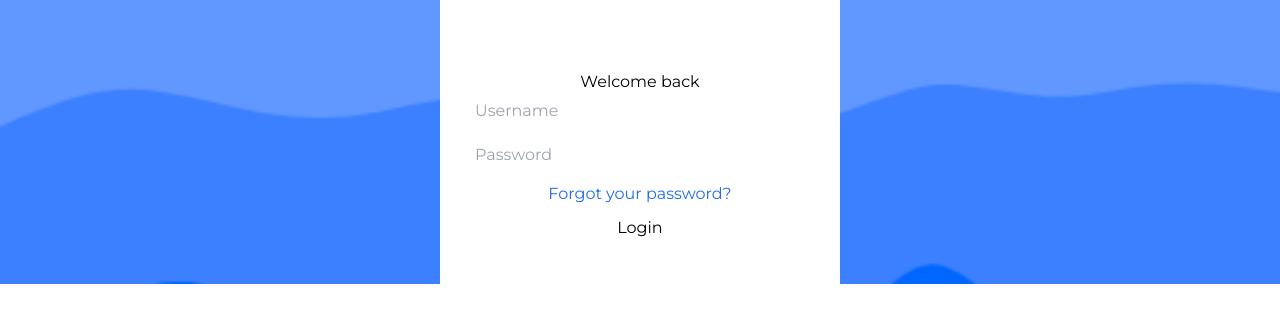
Repository: SatohJiro/CourseSale
Page: /
The author's editor kept a copy of each file at every save. The page is drawn from the files as they stood at one save, then again after the next save.
The browser window is 1280 px wide. The pictures show the whole page.
The project was rebuilt for these pictures with package versions that can differ from the ones it lists, and the page was loaded fresh each time. Also part of the build but not shown: src/pages/Home/index.js, src/pages/Courses/index.js, src/layout/DefaultLayout/DefaultLayout.module.scss, src/layout/components/Header/Header.module.scss, src/layout/components/Header/index.js, src/layout/components/Sidebar/Sidebar.module.scss, src/layout/components/Sidebar/index.js, src/layout/DefaultLayout/index.js.

Above is the page before, as saved 2022-12-05 10:57:15.

After the next save:
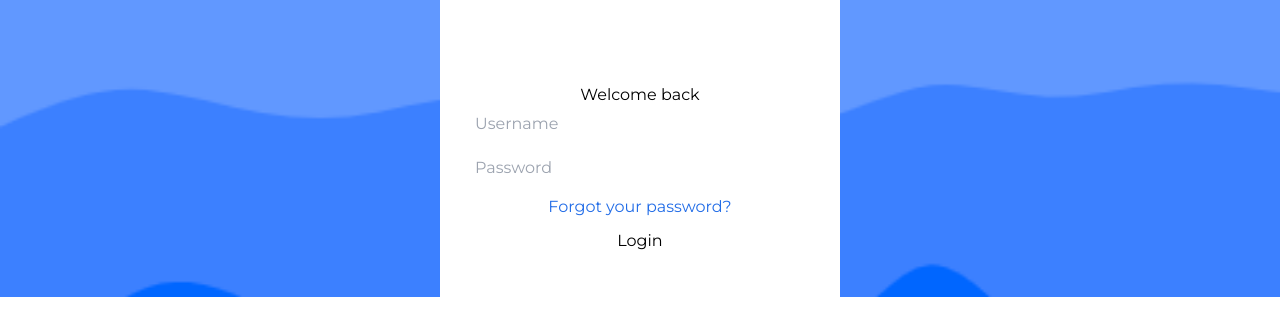
Saved 2 min 5 s later.
--- a/src/pages/Login/Login.jsx
+++ b/src/pages/Login/Login.jsx
@@ -5,7 +5,7 @@ const Login = () => {
     <>
       <div className="grid place-items-center m-0 px-[24px] bg-login bg-no-repeat bg-cover animate-background-pan">
         <div className="w-[400px] px-[30px] pt-[70px] pb-[44px] round-[24px] bg-white text-center">
-          <h2>Welcome back</h2>
+          <h2 className="mt-5">Welcome back</h2>
           <form action="" className="grid gap-4">
             <input className="p-2" type="text" placeholder="Username" />
             <input className="p-2" type="password" placeholder="Password" />
